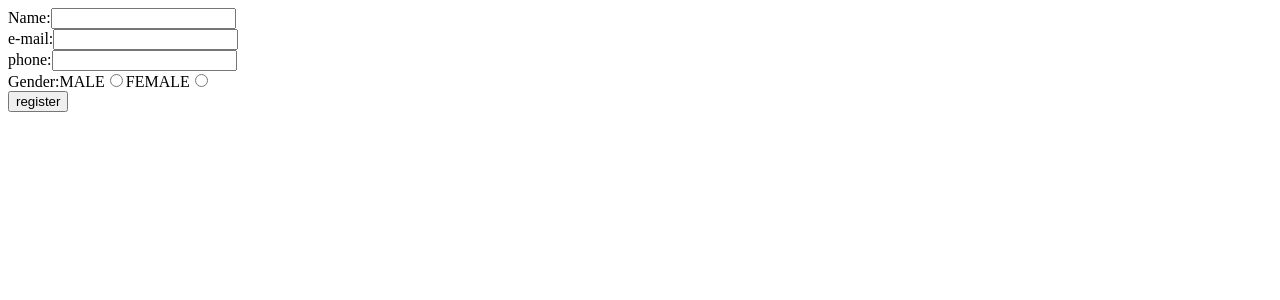
Repository: iamvinayhv/Servlets
Page: Regester/WebContent/reg.html
An editor plug-in stored every save of this project. The page is shown before and after the next save, followed by the edit.
The browser window is 1280 px wide. The pictures show the whole page.

Above is the page before, as saved 2017-03-03 11:11:54.

After the next save:
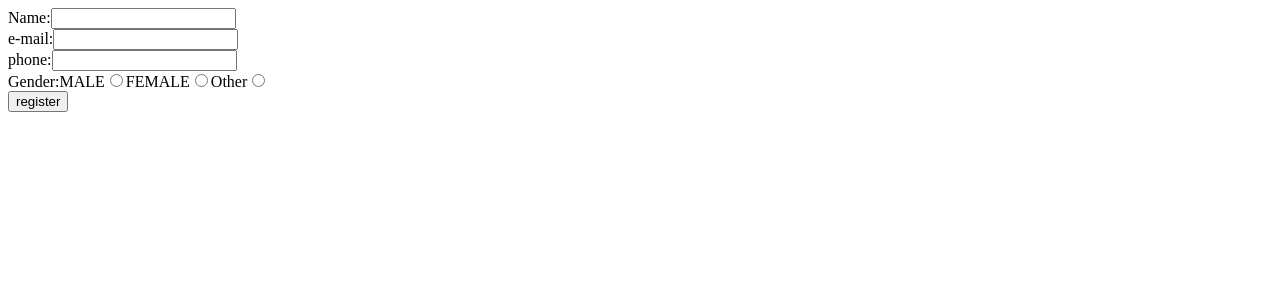
Saved 6 min 31 s later.
--- a/Regester/WebContent/reg.html
+++ b/Regester/WebContent/reg.html
@@ -9,7 +9,7 @@
 Name:<input type="text" name="name"><br/>
 e-mail:<input type="text" name="mail"><br/>
 phone:<input type="number" name="phone"><br/>
-Gender:MALE<input type="radio" name="gender">FEMALE<input type="radio" name="gender"><br/>
+Gender:MALE<input type="radio" name="gender">FEMALE<input type="radio" name="gender">Other<input type="radio" name="gender"><br/>
 <input type="button" value="register">
 
 </form>
